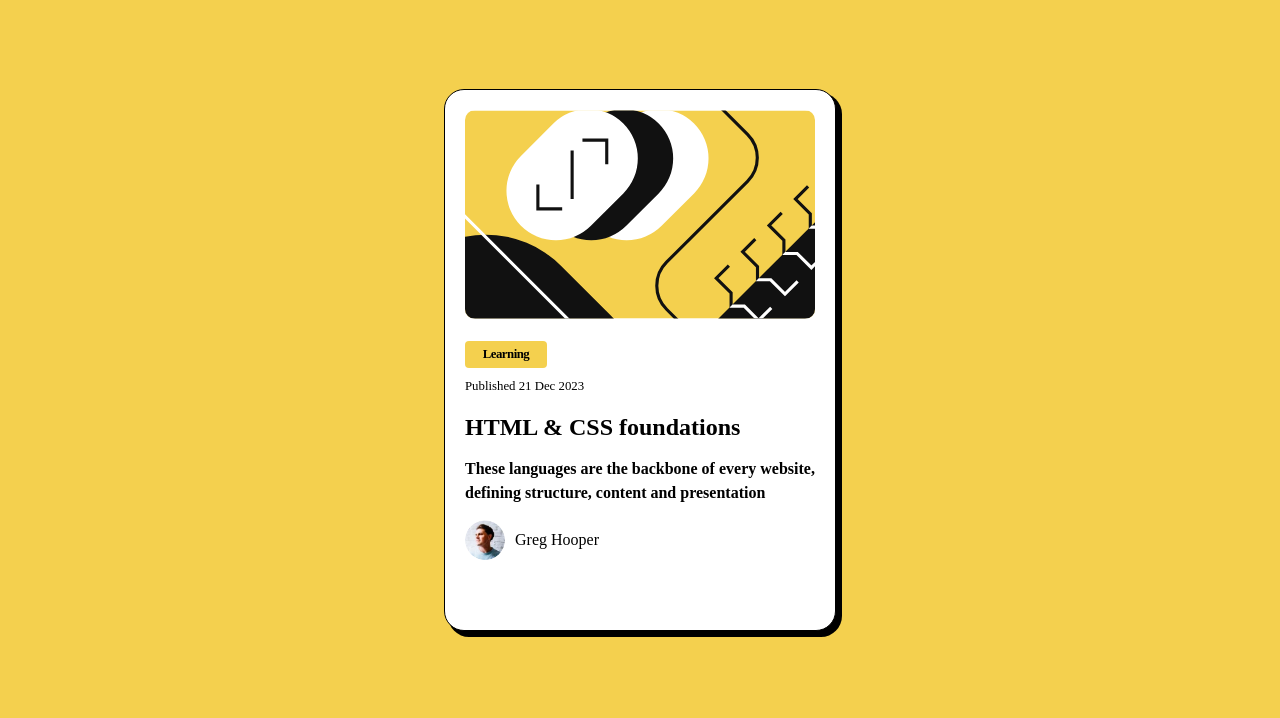
Repository: brandontaylor1/blogpreviewcard
Page: index.html
These files come from the project's save history. The page is drawn as it stood at one moment and after the next save; the edit follows.
The browser window is 1280 px wide. The pictures show the whole page.

Above is the page before, as saved 2024-12-25 12:06:57.

After the next save:
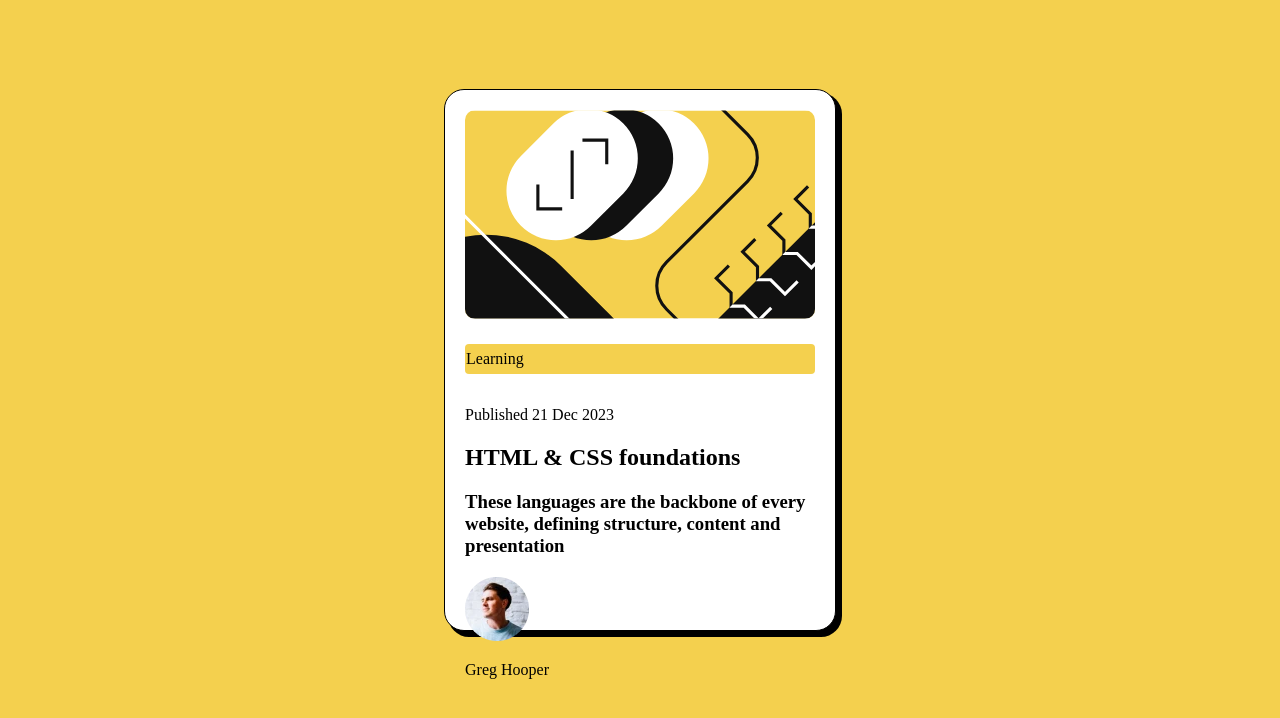
Saved 36 s later.
--- a/index.css
+++ b/index.css
@@ -75,7 +75,7 @@
     background-color: var(--primary-yellow);
     padding: 6px 1px;
     border-radius: 4px;
-    font-family: var(--main-font-family);
+    font-family: var(--main;
     font-size: .8rem;
     font-weight: var(--main-font-weight-bold);
     width: 80px;

After the save that followed:
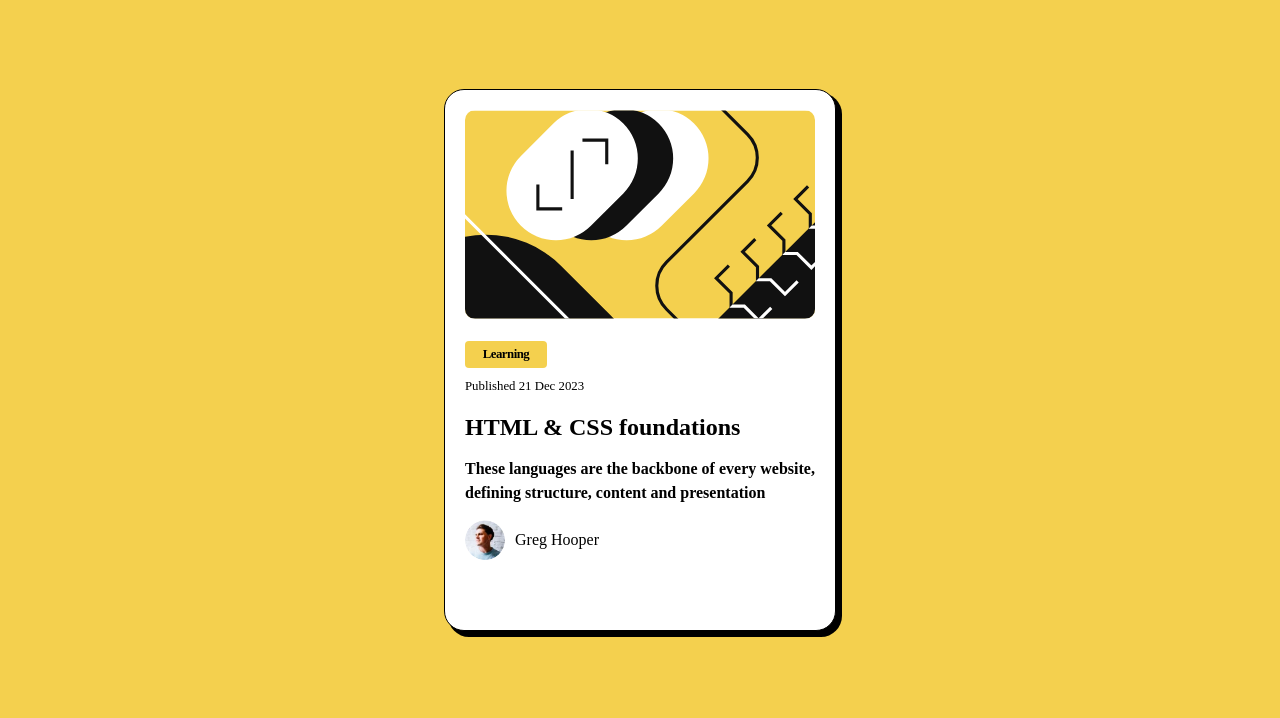
Saved 7 s later.
--- a/index.css
+++ b/index.css
@@ -75,7 +75,7 @@
     background-color: var(--primary-yellow);
     padding: 6px 1px;
     border-radius: 4px;
-    font-family: var(--main;
+    font-family: "Fi";
     font-size: .8rem;
     font-weight: var(--main-font-weight-bold);
     width: 80px;
